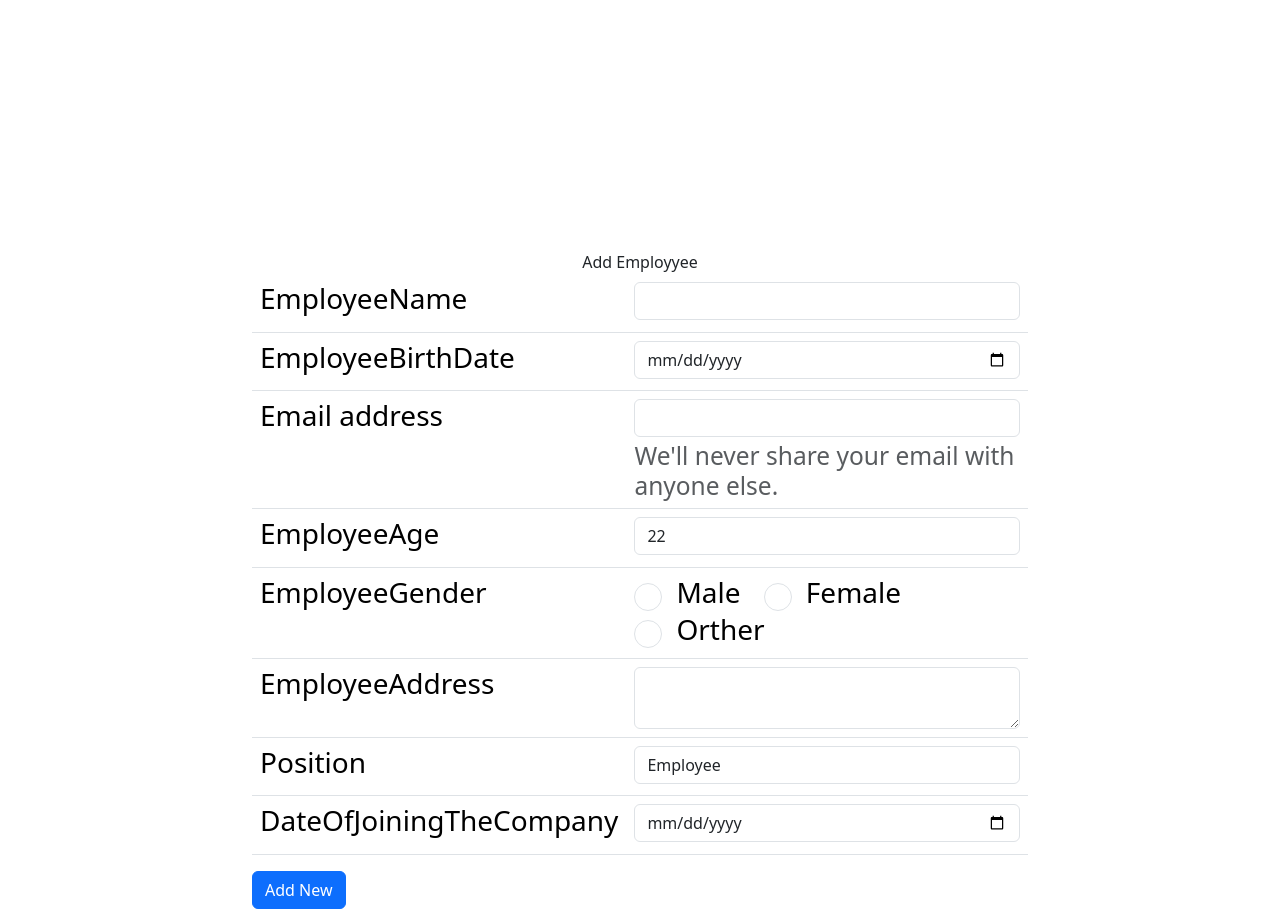
Repository: tranhuuan1703/BaiTapServlet
Page: http://localhost/bai_tap_jsp_servlet/views/Add.jsp
The author's editor kept a copy of each file at every save. The page is drawn from the files as they stood at one save, then again after the next save.
The browser window is 1280 px wide. The pictures show the whole page.
Some web libraries are served in a nearby version. The page is served by Tomcat 9.

Above is the page before, as saved 2024-08-10 07:25:06.

After the next save:
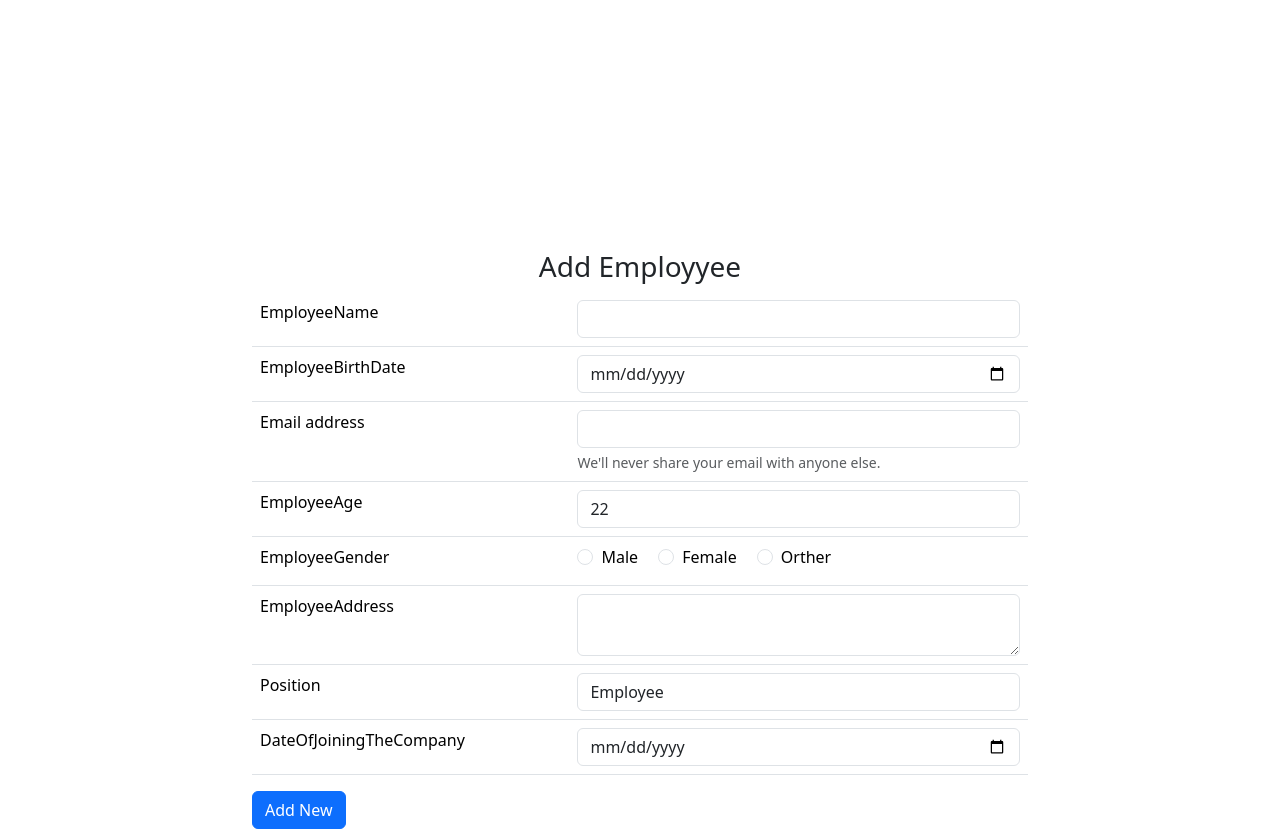
Saved 26 s later.
--- a/bai_tap_jsp_servlet/bai_tap_jsp_servlet/src/main/webapp/views/Add.jsp
+++ b/bai_tap_jsp_servlet/bai_tap_jsp_servlet/src/main/webapp/views/Add.jsp
@@ -18,7 +18,7 @@
    </head>
    <body>
       <div class="container" style="margin-top:250px; width:800px">
-      	<center>Add Employyee</h3></center><h3>
+      	<center><h3>Add Employyee</h3></center>
          <form id="updateForm" action="addEmployeeController" method="get">
             <table class="table">
 
